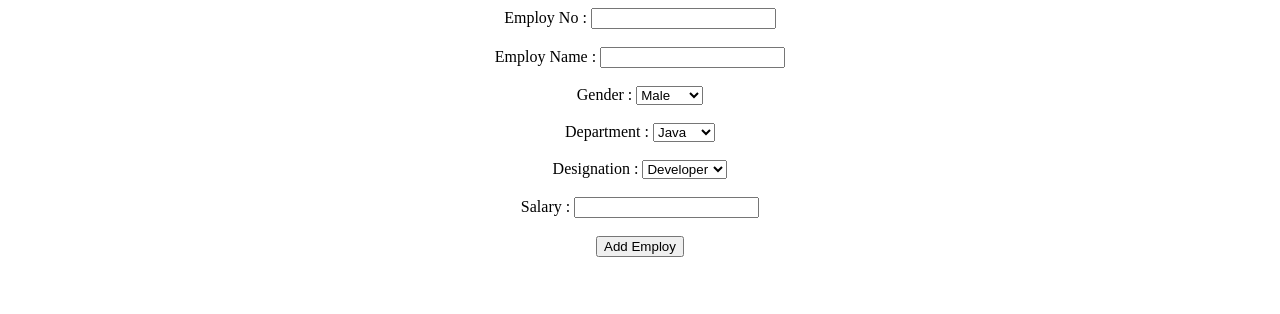
Repository: Satya-298/SatyaTraining
Page: Java Training/Day 1/JdbcServlets/src/main/webapp/EmployInsert.html
These files come from the project's save history. The page is drawn as it stood at one moment and after the next save; the edit follows.
The browser window is 1280 px wide. The pictures show the whole page.

Above is the page before, as saved 2025-05-01 17:35:48.

### Java Training/Day 1/JdbcServlets/src/main/webapp/EmployInsert.html
<!DOCTYPE html>
<html>
<head>
<meta charset="UTF-8">
<title>Insert title here</title>
</head>
<body>
	<form method="post" action="EmployInsertServlet">
		<center>
			Employ No :
			<input type="number" name="empno" /> <br/><br/>
			Employ Name :
			<input type="text" name="name" /> <br/><br/>
			Gender :
			<select name="gender">
				<option value="MALE">Male</option>
				<option value="FEMALE">Female</option>
			</select> <br/><br/>
			Department :
			<select name="dept">
				<option value="Java">Java</option>
				<option value="Dotnet">Dotnet</option>
				<option value="Sql">Sql</option>
			</select> <br/><br/>
			Designation :
			<select name="desig">
				<option value="Developer">Developer</option>
				<option value="TeamLead">TeamLead</option>
				<option value="Manager">Manager</option>
			</select> <br/><br/>
			Salary :
			<input type="number" name="basic" /> <br/><br/>
			<input type="submit" value="Add Employ" />
		</center>
	</form>
</body>
</html>

After the next save:
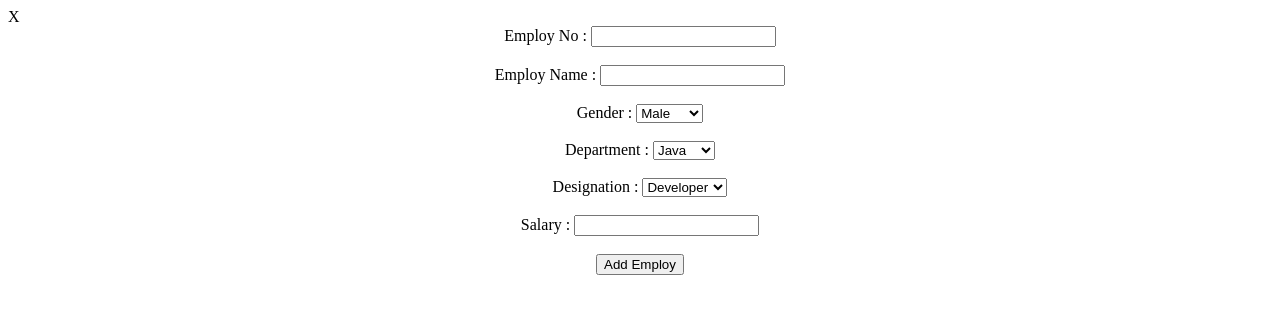
Saved 25 s later.
--- a/Java Training/Day 1/JdbcServlets/src/main/webapp/EmployInsert.html
+++ b/Java Training/Day 1/JdbcServlets/src/main/webapp/EmployInsert.html
@@ -1,4 +1,4 @@
-<!DOCTYPE html>
+X<!DOCTYPE html>
 <html>
 <head>
 <meta charset="UTF-8">
